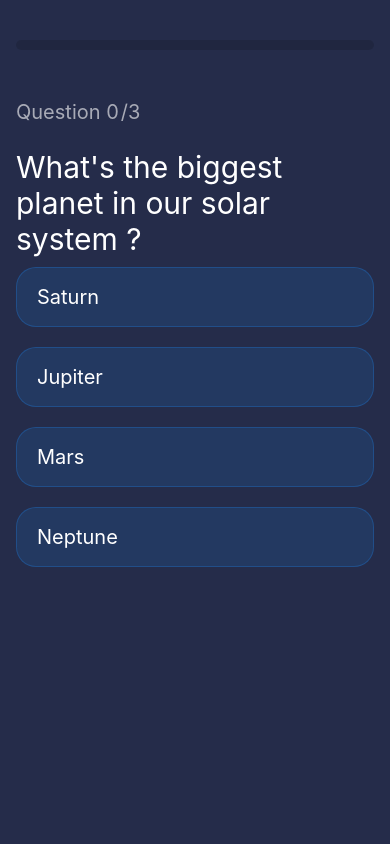
Repository: ds-mbappe/Quiz
Screen: /
These files come from the project's save history. The screen is drawn as it stood at one moment and after the next save; the edit follows.
The app was drawn by React Native's web renderer in a window 390 px wide. The project was rebuilt for these pictures with package versions that can differ from the ones it lists, and the page was loaded fresh each time.

Above is the screen before, as saved 2022-05-29 00:02:01.

After the next save:
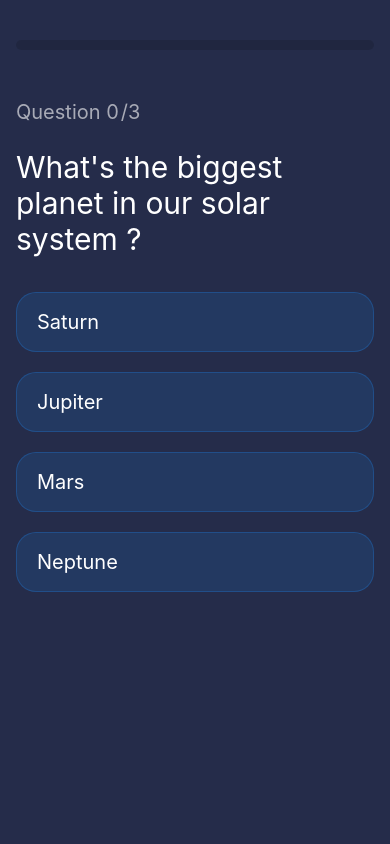
Saved 14 s later.
--- a/screens/Quiz.js
+++ b/screens/Quiz.js
@@ -79,7 +79,10 @@
         </View>
 
         {/* Question */}
-        <Text style={{color: COLORS.white, fontSize: 30}}>{allQuestions[currentQuestionIndex]?.question}</Text>
+        <Text style={{ color: COLORS.white, fontSize: 30 }}>{allQuestions[currentQuestionIndex]?.question}</Text>
+
+        <View style={{height: 25}}>
+        </View>
       </View>
     )
   }
